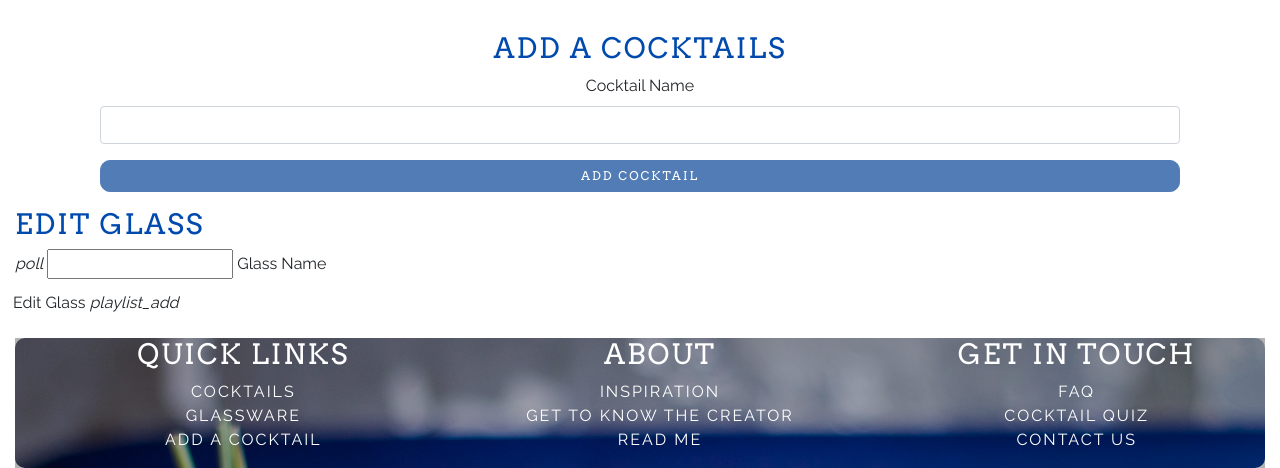
Repository: noblesaleka/cocktail_app
Page: templates/editglass.html
The author's editor kept a record of every edit. The page is drawn from the files as they stood at one moment, then again after the next edit.
The browser window is 1280 px wide. The pictures show the part of the page from y = 556 to 1024 px (the page is 1024 px tall).
The page is served by the project's application, run on Flask 3 (app.py). The template is opened directly, without the code that normally fills it, so the values that code supplies are empty.

Above is the page before.
Console error: TypeError: $(...).formSelect is not a function

### templates/editglass.html
{% extends 'base.html' %} {% block content %}

<div class="container-fluid text-center">

    <div class="text-center">
        <h3>Add A Cocktails</h3>
    </div>

    <div class="container" id="">

        <form id="upload-form" action="{{url_for('insert_cocktail')}}" method="POST" enctype="multipart/form-data" class="col s12">
            <!--Glass Name-->
            <div class="form-group row ">
                <div class="col-12">
                    <label for="cocktail_name">Cocktail Name</label>
                    <input class="form-control validate" type="text" name="cocktail_name" id="cocktail_name" value="" required>
                </div>
            </div>

            <!--Submit-->
            <div class="form-group row text-center">
                <div class="col-12">
                    <button class="btn btn-primary btn-block reg-btn" type="submit" name="action" id="add_cocktail_btn">Add Cocktail</button>
                </div>
            </div>


        </form>

    </div>
</div>



<h3>Edit Glass</h3>

<div class="row">
    <form action = "{{ url_for('update_glass', glass_id=glass._id) }}" method="POST" class="col s12">
       <div class="row">
            <div class="input-field col s12">
                <i class="material-icons prefix">poll</i>
                <input id="glass_name" name="glass_name" type="text" class="validate" value ="{{glass.glass_name}}">
                <label for="glass_name">Glass Name</label>
            </div>
        </div>
        <div class="row">
            <button class="btn waves-effect waves-light" type="submit" name="action">Edit Glass
                <i class="material-icons right">playlist_add</i>
            </button>
        </div>


    </form>
</div>


{% endblock %}

### templates/base.html
<!--<!DOCTYPE html>
<html>

<head>

  <!-- Google Font -->
<link href="https://fonts.googleapis.com/css2?family=Raleway&display=swap" rel="stylesheet">
<link href="https://fonts.googleapis.com/css2?family=Arvo:ital,wght@0,400;0,700;1,400;1,700&display=swap" rel="stylesheet">

<!-- Bootstrap CSS -->
<link rel="stylesheet" href="https://stackpath.bootstrapcdn.com/bootstrap/4.4.1/css/bootstrap.min.css" integrity="sha384-Vkoo8x4CGsO3+Hhxv8T/Q5PaXtkKtu6ug5TOeNV6gBiFeWPGFN9MuhOf23Q9Ifjh" crossorigin="anonymous">

<!-- Stylesheets -->
<link rel="stylesheet" href="{{url_for('static', filename='css/style.css')}}" type='text/css'>




</head>

<body>
  <div class="container-fluid">
    <header>
      <!-- Hero Section -->
      <div class="row align-items-center">
        <div class="col-12">
          <div class="jumbotron d-flex align-items-center" style="">

            <!-- Bootstrap Nav -->
            <div class="container-fluid text-center">
              <div class="row">
                <div class="col-12">
                  <nav class="navbar navbar-expand-md navbar-light d-block" style="background-color: rgba(0,0,0,0.2);">
                    <button class="navbar-toggler" type="button" data-toggle="collapse" data-target="#navbarNav" aria-controls="navbarNav" aria-expanded="false" aria-label="Toggle navigation">
                      <span class="navbar-toggler-icon"></span>
                    </button>
                    <div class="collapse navbar-collapse" id="navbarNav">
                      <ul class="navbar-nav mx-auto">
                        <li class="nav-item">
                          <a class="nav-link" href="{{url_for('get_cocktails')}}">Cocktails</span></a>
                        </li>
                        <li class="nav-item">
                          <a class="nav-link" href="{{url_for('get_glasses')}}">Glassware</a>
                        </li>
                        <li class="nav-item">
                          <a class="nav-link" href="{{url_for('add_cocktail')}}">Add Cocktail</a>
                        </li>
                      </ul>
                    </div>
                  </nav>
                </div>
              </div>

              <!-- Logo and Browse Button -->
              <div class="row">
                <div class="col-12 text-center">
                  <a class="" href="{{url_for('get_cocktails')}}">
               <img src="../static/images/logo/the_cocktail_handbook_logo.png" width="400" height="400" class=" align-middle" alt="The Cocktail Handbook Logo">
                 </a>
                  </div>
              </div>
              <div class="row">
                <div class="col-sm-12 col-md-4 offset-md-4">
                  <a class="btn btn-primary btn-lg reg-btn d-block" href="{{url_for('get_cocktails', _anchor='browse-cocktails-section')}}" id="browse_cocktail_btn" role="button">Browse Cocktails</a>
                </div>
              </div>
            </div>
          </div>
        </div>
      </div>
    </header>



    {% block content %} {% endblock %}



    <footer class="footer">
      <div class="container-fluid text-center">
        <div class="row">
          <div class="col-md-4 grey-background">

            <ul class="footer-nav">
              <li>
                <h3>Quick Links</h3>
              </li>
              <li class="footer-nav-item">
                <a href="{{url_for('get_cocktails')}}">
                    Cocktails
                    </a>
              </li>
              <li class="footer-nav-item">
                <a href="{{url_for('get_glasses')}}">
                    Glassware
                    </a>
              </li>
              <li class="footer-nav-item">
                <a href="{{url_for('get_cocktails')}}">
                    Add a Cocktail
                    </a>
              </li>
            </ul>
          </div>
          <div class="col-md-4 grey-background">
            <ul class="footer-nav">
              <li>
                <h3>About</h3>
              </li>
              <li class="footer-nav-item">
                <a href="{{url_for('get_cocktails')}}">
                    Inspiration
                    </a>
              </li>
              <li class="footer-nav-item">
                <a href="{{url_for('get_cocktails')}}">
                    Get to know the creator
                    </a>
              </li>
              <li class="footer-nav-item">
                <a href="{{url_for('get_cocktails')}}">
                    Read me
                    </a>
              </li>
            </ul>
          </div>
          <div class="col-md-4 grey-background">

            <ul class="footer-nav">
              <li>
                <h3>Get in Touch</h3>
              </li>
              <li class="footer-nav-item">
                <a href="{{url_for('get_cocktails')}}">
                    FAQ
                    </a>
              </li>
              <li class="footer-nav-item">
                <a href="{{url_for('get_cocktails')}}">
                    Cocktail Quiz
                    </a>
              </li>
              <li class="footer-nav-item">
                <a href="{{url_for('get_cocktails')}}">
                    Contact Us
                    </a>
              </li>
            </ul>
          </div>
        </div>
      </div>
    </footer>
  </div>




  <script src="https://cdnjs.cloudflare.com/ajax/libs/jquery/3.5.0/jquery.min.js" integrity="sha256-xNzN2a4ltkB44Mc/Jz3pT4iU1cmeR0FkXs4pru/JxaQ=" crossorigin="anonymous"></script>
  <script src="https://cdnjs.cloudflare.com/ajax/libs/materialize/1.0.0/js/materialize.min.js"></script>
  <script type="text/javascript">
    $(document).ready(function() {
      $('.collapse').collapse();
      $('select').formSelect();
      $('.sidenav').sidenav();

    });
  </script>


  <!-- jQuery first, then Popper.js, then Bootstrap JS -->
  <script src="https://code.jquery.com/jquery-3.4.1.slim.min.js" integrity="sha384-J6qa4849blE2+poT4WnyKhv5vZF5SrPo0iEjwBvKU7imGFAV0wwj1yYfoRSJoZ+n" crossorigin="anonymous"></script>
  <script src="https://cdn.jsdelivr.net/npm/popper.js@1.16.0/dist/umd/popper.min.js" integrity="sha384-Q6E9RHvbIyZFJoft+2mJbHaEWldlvI9IOYy5n3zV9zzTtmI3UksdQRVvoxMfooAo" crossorigin="anonymous"></script>
  <script src="https://stackpath.bootstrapcdn.com/bootstrap/4.4.1/js/bootstrap.min.js" integrity="sha384-wfSDF2E50Y2D1uUdj0O3uMBJnjuUD4Ih7YwaYd1iqfktj0Uod8GCExl3Og8ifwB6" crossorigin="anonymous"></script>
</body>

</html>

### app.py
import os, re
from flask import Flask, render_template, redirect, request, url_for, send_from_directory
from flask_pymongo import PyMongo
from bson.objectid import ObjectId


app = Flask(__name__)

#link database to application
app.config["MONGO_DBNAME"] = 'cocktailHandbook'
app.config["MONGO_URI"] = 'mongodb+srv://root:excellent0909@cluster0-dxqrw.mongodb.net/cocktailHandbook?retryWrites=true&w=majority'
APP_ROOT = os.path.dirname(os.path.abspath(__file__))

#instance of PyMongo
mongo = PyMongo(app)

#connection to database default function
@app.route('/')
@app.route('/get_cocktails')
def get_cocktails():
    return render_template("cocktails.html", cocktails=mongo.db.cocktails.find())


#display cocktails from searchbar
@app.route('/search_cocktails', methods=["GET", "POST"])
def search_cocktails():
    if request.method == "POST":
        req = request.form
        search_form = req.get('search_field')
        #search_fields = {"cocktail_name" : search_form}
        search_form_re = re.compile('.*(%s).*'%search_form, flags= re.I)
        #search_fields = {"cocktail_name" : search_form}
        search_fields = {"cocktail_name" : search_form_re}
        return render_template("cocktails.html", cocktails=mongo.db.cocktails.find(search_fields))

#display addCocktail page
@app.route('/add_cocktail')
def add_cocktail():
    return render_template("addCocktail.html",
    glasses=mongo.db.glass.find())

#add new cocktail button functionality
@app.route('/insert_cocktail', methods=['POST'])
def insert_cocktail():
    target = os.path.join(APP_ROOT, 'static/images/cocktails')
    print(target)

    if not os.path.isdir(target):
        os.mkdir(target)

    for file in request.files.getlist("cocktail_image"):
        print(file)
        filename = file.filename
        destination = "/".join([target, filename])
        print("file is loacated" + destination)
        file.save(destination)
        rel_destination = file.filename
        print("rel is loacated" + rel_destination)
    cocktails = mongo.db.cocktails

    form_data = {
        'cocktail_name' : request.form.get('cocktail_name'),
        'glass_name' : request.form.get('glass_name'),
        'cocktail_description' : request.form.get('cocktail_description'),
        'preparation_steps' : request.form.get('preparation_steps').split(','),
        'is_virgin' : request.form.get('is_virgin'),
        'ingredients' : request.form.get('ingredients').split(','),
        'cocktail_strength' : request.form.get('cocktail_strength'),
        'cocktail_image' : rel_destination
    }
    cocktails.insert_one(form_data)
    return render_template("cocktails.html", cocktails=mongo.db.cocktails.find(), image_name=filename)


#retrieve image path for cocktail images
@app.route('/upload/<filename>')
def send_image(filename):
    return send_from_directory("static/images/cocktails", filename)

#edit button functionality
@app.route('/edit_cocktail/<cocktail_id>')
def edit_cocktail(cocktail_id):
    the_cocktail = mongo.db.cocktails.find_one({"_id": ObjectId(cocktail_id)})
    all_categories = mongo.db.categories.find()
    return render_template('editCocktail.html', cocktail = the_cocktail, categories = all_categories)

@app.route('/update_cocktail/<cocktail_id>', methods=["POST"])
def update_cocktail(cocktail_id):
    cocktail = mongo.db.cocktails
    cocktail.update_cocktail( {'_id': ObjectId(cocktail_id)},
       {
        'cocktail_name' : request.form.get['cocktail_name'],
        'glass_name' : request.form.get['glass_name'],
        'cocktail_description' : request.form.get['cocktail_description'],
        'preparation_steps' : request.form.get['preparation_steps'],
        'is_virgin' : request.form.get['is_virgin']
        })
    return redirect(url_for('get_cocktails'))

@app.route('/delete_cocktail/<cocktail_id>')
def delete_cocktail(cocktail_id):
    mongo.db.cocktails.remove({'_id': ObjectId(cocktail_id)})
    return redirect(url_for('get_cocktails'))

@app.route('/get_glasses')
def get_glasses():
    return render_template('glasses.html',
    glasses=mongo.db.glass.find())

@app.route('/edit_glasses/<glass_id>')
def edit_glass(glass_id):
    return render_template('editglass.html',
    glass = mongo.db.glass.find_one({'_id': ObjectId(glass_id)}))

@app.route('/update_glass/<glass_id>', methods=["POST"])
def update_glass(glass_id):
    mongo.db.glass.update(
        {'_id' : ObjectId(glass_id)},
        {'glass_name': request.form.get('glass_name')})
    return redirect(url_for('get_glasses'))

@app.route('/delete_glass/<glass_id>')
def delete_glass(glass_id):
    mongo.db.glass.remove({'_id' : ObjectId(glass_id)})
    return redirect(url_for('get_glasses'))

@app.route('/insert_glass', methods=["POST"])
def insert_glass():
    glasses = mongo.db.glass
    glass_doc = {'glass_name': request.form.get('glass_name')}
    glasses.insert_one(glass_doc)
    return redirect(url_for('get_glasses'))

@app.route("/add_glass")
def add_glass():
    return render_template('addglass.html')


if __name__ == '__main__':
    app.run(host = os.environ.get('IP'),
    port=int(os.environ.get('PORT')),
    debug=True)

### static/css/style.css
html {
     box-sizing: border-box;
      padding: 0px;
      margin: 0px;
      scroll-behavior: smooth;
}

body {
    font-family: 'Raleway', sans-serif;
}

.rotate {
  writing-mode: vertical-lr;
  display: inline;
  transform: rotate(180deg) translateX(-5px) !important;
}
 .navbar {
     border-radius: 10px;
 }

@media (max-width: 768px) {
  .hide-sm {
  display: none;
} }

.reg-btn {
  color: white;
  background-color: #517cb5 !important;
  text-transform: uppercase;
  font-size: 0.75em;
}

.btn-primary {
  color: #fff;
  background-color: #517cb5;
  border-color: #517cb5;
  transition: 0.75s ease-in-out;
  border-radius: 10px;

}

.btn-primary:hover {
    color: #fff;
    background-color: #436A9D !important;
    border-color: #436A9D;
}

.btn-primary:focus, .btn-primary.focus {
    color: #fff;
    background-color: #5CA3FF;
    border-color: #5CA3FF;
    box-shadow: 0 0 0 0.2rem rgba(38, 143, 255, 0.5);
}

#browse_cocktail_btn {
    font-family: 'Arvo', serif;
    letter-spacing: 4px;
}

.btn_small {
    height: 60px;
    width: 60px;
    line-height: 60px;
    margin: 5px 5px;
    padding: 0 0.5em;
    border-radius: 50%;
}

.cocktail_header {
    margin-top: 30px;
    padding-left: 15px;
}


h1 {
    font-size: 2em;
}

h2 {
    font-size: 1.8em;
    font-family: 'Arvo', serif;
    color: #004aad !important;
    font-weight: 500 !important;
    text-transform: uppercase;
    position: relative;
    letter-spacing: 2px;
}

.card-header-h2 {
    font-family: 'Arvo', serif;
    color: #004aad !important;
    font-weight: 500 !important;
    text-transform: uppercase;
    position: relative;
    letter-spacing: 2px;
}

h3 {
    font-family: 'Arvo', serif;
    color: #004aad !important;
    font-weight: 500 !important;
    text-transform: uppercase;
    position: relative;
    text-decoration: none;
    letter-spacing: 2px;
}

.browse-cocktails-section h3 {
    letter-spacing: 5px;
    text-decoration: underline;
}

.nav-link {
    font-family: 'Arvo', serif;
    color: white !important;
    font-weight: 500;
    text-transform: uppercase;
    position: relative;
    letter-spacing: 2px;
}

.nav-item > a::before {
    content: "";
    position: absolute;
    width: 100%;
    height: 2px;
    bottom: 0;
    left: 0;
    background-color: #fff;
    visibility: hidden;
    transform: scaleX(0);
    transition: all 0.5s ease-in-out 0s;
}

.nav-item > a:hover::before {
    visibility: visible;
  transform: scaleX(1);
}


.jumbotron {
    background-image: url("../images/logo/louis-hansel-shotsoflouis-Kix0S25vJEo-unsplash.jpg");
    border-radius: 10px !important;
    min-height: 60vh;
    background-size: cover;
    background-repeat: no-repeat;
    padding-top: 0;

}

footer {
    border-radius: 10px;
    background-image: url("../images/logo/louis-hansel-shotsoflouis-b8-G0zZDCyY-unsplash.jpg");

    background-size: cover;
    background-repeat: no-repeat;
}

.footer h3 {
    color: white !important;
}

.footer-nav li {
    list-style: none;
    color: white !important;
    font-weight: 200;
    text-transform: uppercase;
    position: relative;
    letter-spacing: 2px;
}

.footer-nav-item a {
    text-decoration: none;
    color: white;
    font-weight: 200;
}

.footer-nav-item > a::before {
    content: "";
    position: absolute;
    width: 100%;
    height: 2px;
    bottom: 0;
    left: 0;
    background-color: white;
    visibility: hidden;
    transform: scaleX(0);
    transition: all 0.5s ease-in-out 0s;
}

.footer-nav-item > a:hover::before {
    visibility: visible;
    transform: scaleX(1);
}

.grey-background {
    background-color: rgba(0,0,0,0.3)
}

.search-box {
    padding: 10.875px;
    margin-top: 10px;
    /*background-color: #9DF7E5;*/
}

.search-btn {
  width: 100%;
  color: #517cb5;
  border-color: #517cb5;
  transition: 0.75s ease-in-out;
  border-radius: 10px;
}

.search-btn:hover {
    background-color: #517cb5 !important;
    border-color: #517cb5;
}

#search_cocktail_btn {
    font-family: 'Arvo', serif;
    letter-spacing: 2px;
    text-transform: uppercase;
    font-size: 12px;
}

.card-header {
    background-color: #f8f9fa;
}

.cocktail_image {
    min-width: 100%;
    max-height: 300px;
    object-fit:cover;
}

.cocktail_fields {
    font-size: 0.8em;
    font-weight: 400;
    text-transform: uppercase;
    letter-spacing: 2px;
    color: #004aad;
    font-family: 'Arvo', serif;

}

.ingredient_list {
    list-style: none !important;
}

.preparation_list {
    list-style: none !important;
}

.card_list {
    padding: 0;
}

#delete_cocktail_btn {
    color: #ab5f7a;
    background-color: rgba(0,0,0,0) !important;
    text-transform: uppercase;
    font-size: 0.75em;
    border-color: #ab5f7a;
    letter-spacing: 2px;
    font-family: 'Arvo', serif;
}

#delete_cocktail_btn:hover {
    background-color: #ab5f7a !important;
    border-color: #ab5f7a;
    color: white;
}

#edit_cocktail_btn {
    color: #517cb5;
    background-color: rgba(0,0,0,0) !important;
    text-transform: uppercase;
    font-size: 0.75em;
    border-color: #517cb5;
    letter-spacing: 2px;
    font-family: 'Arvo', serif;
}

#edit_cocktail_btn:hover {
    background-color: #517cb5 !important;
    border-color: #517cb5;
    color: white;
}

#add_cocktail_btn {
    text-transform: uppercase;
    font-size: 0.75em;
    letter-spacing: 2px;
    font-family: 'Arvo', serif;
}

#edit_cocktail_btn {
    text-transform: uppercase;
    font-size: 0.75em;
    letter-spacing: 2px;
    font-family: 'Arvo', serif;
}

#go_to_add_glass {
    text-transform: uppercase;
    font-size: 0.75em;
    letter-spacing: 2px;
    font-family: 'Arvo', serif;
    color: white !important;
}

After the next edit:
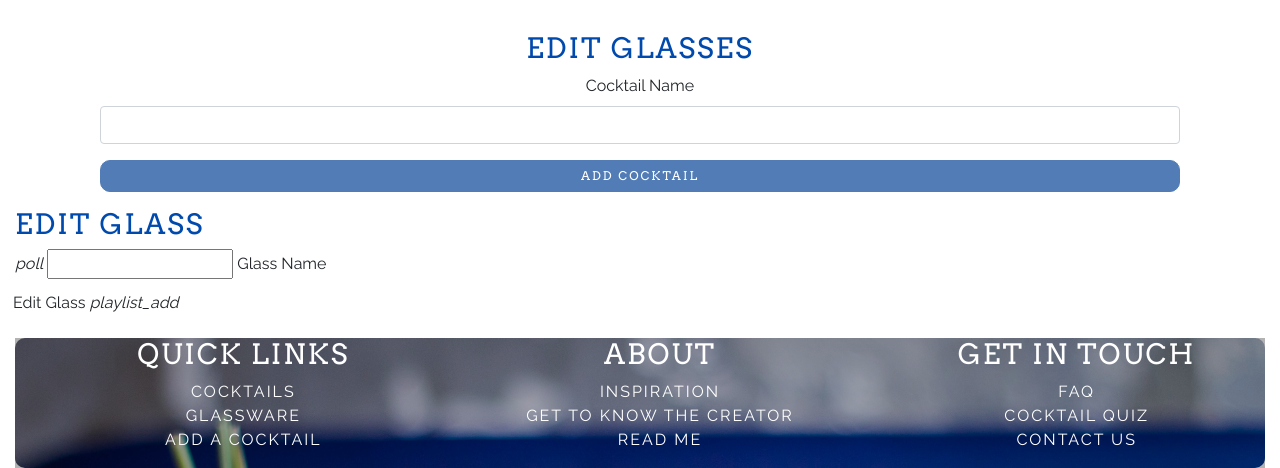
The edit:
--- a/templates/editglass.html
+++ b/templates/editglass.html
@@ -3,7 +3,7 @@
 <div class="container-fluid text-center">
 
     <div class="text-center">
-        <h3>Add A Cocktails</h3>
+        <h3>Edit Glasses</h3>
     </div>
 
     <div class="container" id="">
